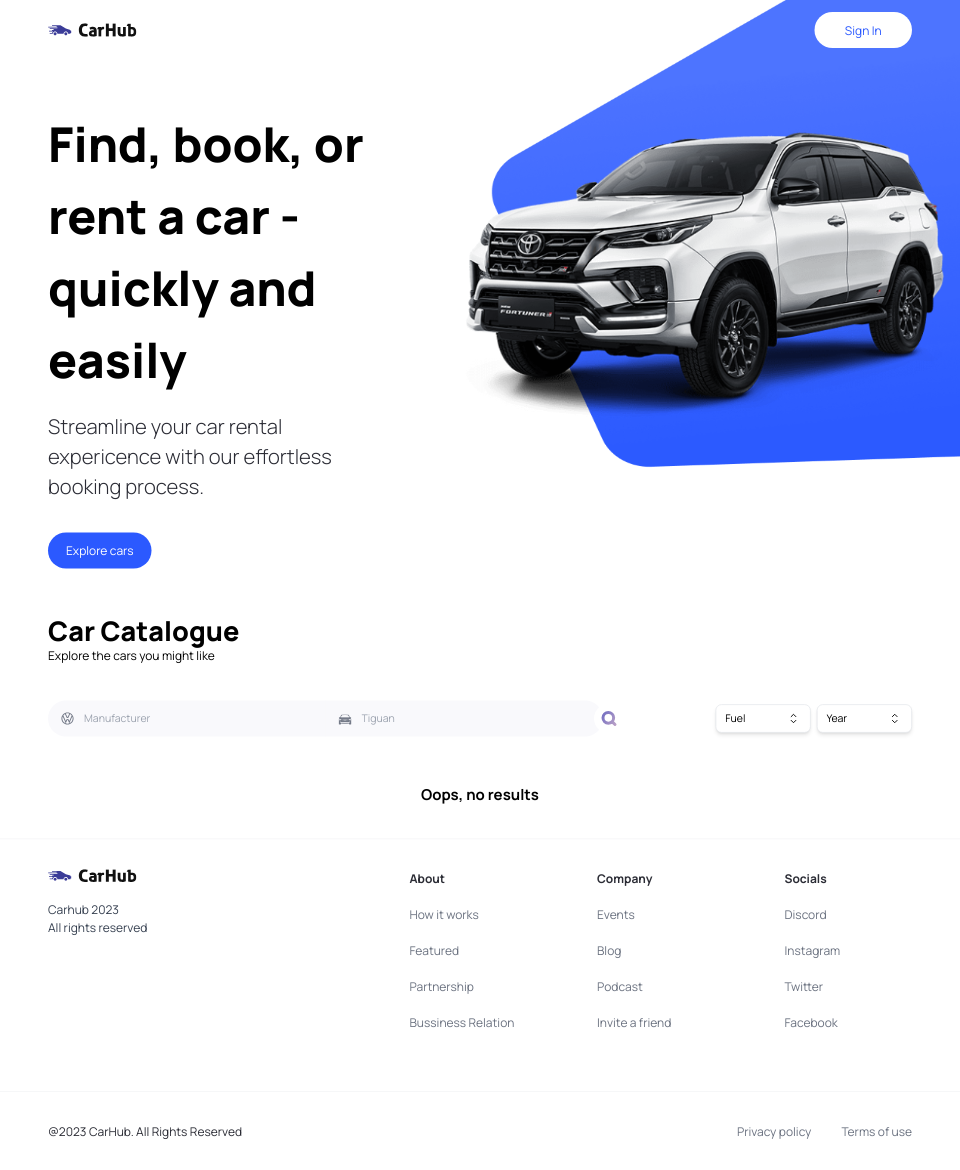
Repository: AmolPawar7181/CarHub
Page: /
These files come from the project's save history. The page is drawn as it stood at one moment and after the next save; the edit follows.
The browser window is 1280 px wide. The pictures show the whole page, at 75% of full size.
The page's requests for data from a server got no answer. The project was rebuilt for these pictures with package versions that can differ from the ones it lists, and the page was loaded fresh each time. The framework's server and built-in components were replaced by stand-ins that run in the browser. No one was signed in, and anything a server would have sent is missing. Also part of the build but not shown: next.config.js, components/CarCard.tsx, components/CarDetails.tsx, components/ShowMore.tsx.

Above is the page before, as saved 2023-07-10 14:43:13.

### app/layout.tsx
import {Footer, Navbar} from '@/components';
import './globals.css';
import {Inter} from 'next/font/google';

const inter = Inter({subsets: ['latin']});

export const metadata = {
	title: 'Car Hub',
	description: 'Discover the best cars in the world.',
};

export default function RootLayout({children}: {children: React.ReactNode}) {
	return (
		<html lang='en'>
			<body className='relative'>
				<Navbar />
				{children}
				<Footer />
			</body>
		</html>
	);
}

### app/page.tsx
'use client';
import {CarCard, CustomFilter, Hero, SearchBar, ShowMore} from '@/components';
import {fuels, yearsOfProduction} from '@/constants';
import {fetchCars} from '@/utils';
import React, {useEffect, useState} from 'react';
import Image from 'next/image';
import {CarState} from '@/types';

export default function Home() {
	const [allCars, setAllCars] = useState<CarState>([]);
	const [loading, setLoading] = useState(false);
	// search states
	const [manufacturer, setManufacturer] = useState('');
	const [model, setModel] = useState('');

	// filter states
	const [fuel, setFuel] = useState('');
	const [year, setYear] = useState(2022);

	//pagination state
	const [limit, setLimit] = useState(10);

	const getCars = async () => {
		setLoading(true);
		try {
			const result = await fetchCars({
				manufacturer: manufacturer || '',
				year: year || 2022,
				fuel: fuel || '',
				limit: limit || 10,
				model: model || '',
			});
			setAllCars(result);
		} catch (e) {
			console.log('error ', e);
		} finally {
			setLoading(false);
		}
	};

	useEffect(() => {
		getCars();
	}, [fuel, year, limit, manufacturer, model]);

	return (
		<main className='overflow-hidden'>
			<Hero />

			<div className='mt-12 padding-x padding-y max-width' id='discover'>
				<div className='gome__text-container'>
					<h1 className='text-4xl font-extrabold'>Car Catalogue</h1>
					<p>Explore the cars you might like</p>
				</div>

				<div className='home__filters'>
					<SearchBar setManufacturer={setManufacturer} setModel={setModel} />
					<div className='home__filter-container'>
						<CustomFilter title='fuel' options={fuels} setFilter={setFuel} />
						<CustomFilter
							title='year'
							options={yearsOfProduction}
							setFilter={setYear}
						/>
					</div>
				</div>

				{allCars.length > 0 ? (
					<section>
						<div className='home__cars-wrapper'>
							{allCars?.map((car, index) => (
								<CarCard car={car} key={car.model + index} />
							))}
						</div>
						{loading && (
							<div className='mt-16 w-full flex-center'>
								<Image
									src='/loader.svg'
									alt='loader'
									width={50}
									height={50}
									className='object-contain'
								/>
							</div>
						)}
						<ShowMore
							pageNumber={limit / 10}
							isNext={limit > allCars.length}
							setLimit={setLimit}
						/>
					</section>
				) : (
					<div className='home__error-container'>
						<h2 className='text-black text-xl font-bold'>Oops, no results</h2>
						<p>{allCars?.message}</p>
					</div>
				)}
			</div>
		</main>
	);
}

### components/index.tsx
import Hero from './Hero';
import CustomButton from './CustomButton';
import Navbar from './Narbar';
import Footer from './Footer';
import SearchBar from './SearchBar';
import CustomFilter from './CustomFilter';
import SearchManufacturer from './SearchManufacturer';
import CarCard from './CarCard';
import CarDetails from './CarDetails';
import ShowMore from './ShowMore';

export {
	Hero,
	CustomButton,
	Navbar,
	Footer,
	SearchBar,
	CustomFilter,
	SearchManufacturer,
	CarCard,
	CarDetails,
	ShowMore,
};

### constants/index.ts
export const manufacturers = [
	'Acura',
	'Alfa Romeo',
	'Aston Martin',
	'Audi',
	'Bentley',
	'BMW',
	'Buick',
	'Cadillac',
	'Chevrolet',
	'Chrysler',
	'Citroen',
	'Dodge',
	'Ferrari',
	'Fiat',
	'Ford',
	'GMC',
	'Honda',
	'Hyundai',
	'Infiniti',
	'Jaguar',
	'Jeep',
	'Kia',
	'Lamborghini',
	'Land Rover',
	'Lexus',
	'Lincoln',
	'Maserati',
	'Mazda',
	'McLaren',
	'Mercedes-Benz',
	'MINI',
	'Mitsubishi',
	'Nissan',
	'Porsche',
	'Ram',
	'Rolls-Royce',
	'Subaru',
	'Tesla',
	'Toyota',
	'Volkswagen',
	'Volvo',
];

export const yearsOfProduction = [
	{title: 'Year', value: ''},
	{title: '2015', value: '2015'},
	{title: '2016', value: '2016'},
	{title: '2017', value: '2017'},
	{title: '2018', value: '2018'},
	{title: '2019', value: '2019'},
	{title: '2020', value: '2020'},
	{title: '2021', value: '2021'},
	{title: '2022', value: '2022'},
	{title: '2023', value: '2023'},
];

export const fuels = [
	{
		title: 'Fuel',
		value: '',
	},
	{
		title: 'Gas',
		value: 'Gas',
	},
	{
		title: 'Electricity',
		value: 'Electricity',
	},
];

export const footerLinks = [
	{
		title: 'About',
		links: [
			{title: 'How it works', url: '/'},
			{title: 'Featured', url: '/'},
			{title: 'Partnership', url: '/'},
			{title: 'Bussiness Relation', url: '/'},
		],
	},
	{
		title: 'Company',
		links: [
			{title: 'Events', url: '/'},
			{title: 'Blog', url: '/'},
			{title: 'Podcast', url: '/'},
			{title: 'Invite a friend', url: '/'},
		],
	},
	{
		title: 'Socials',
		links: [
			{title: 'Discord', url: '/'},
			{title: 'Instagram', url: '/'},
			{title: 'Twitter', url: '/'},
			{title: 'Facebook', url: '/'},
		],
	},
];

### utils/index.ts
import {CarProps, FilterProps} from '@/types';

export async function fetchCars(filters: FilterProps) {
	const {manufacturer, year, model, limit, fuel} = filters;
	const headers = {
		'X-RapidAPI-Key': process.env.NEXT_PUBLIC_RAPIDAPI_KEY,
		'X-RapidAPI-Host': 'cars-by-api-ninjas.p.rapidapi.com',
	};

	const response = await fetch(
		`https://cars-by-api-ninjas.p.rapidapi.com/v1/cars?make=${manufacturer}&year=${year}&model=${model}&limit=${limit}&fuel_type=${fuel}`,
		{headers: headers}
	);

	const result = await response.json();
	return result;
}

export const calculateCarRent = (city_mpg: number, year: number) => {
	const basePricePerDay = 50; // Base rental price per day in dollars
	const mileageFactor = 0.1; // Additional rate per mile driven
	const ageFactor = 0.05; // Additional rate per year of vehicle age

	// Calculate additional rate based on mileage and age
	const mileageRate = city_mpg * mileageFactor;
	const ageRate = (new Date().getFullYear() - year) * ageFactor;

	// Calculate total rental rate per day
	const rentalRatePerDay = basePricePerDay + mileageRate + ageRate;

	return rentalRatePerDay.toFixed(0);
};

export const generateCarImageUrl = (car: CarProps, angle?: string) => {
	const url = new URL('https://cdn.imagin.studio/getimage');
	const {make, model, year} = car;

	url.searchParams.append('customer', 'copyright-imaginstudio');
	url.searchParams.append('make', make);
	url.searchParams.append('modelFamily', model.split(' ')[0]);
	url.searchParams.append('zoomType', 'fullscreen');
	url.searchParams.append('modelYear', `${year}`);
	// url.searchParams.append('zoomLevel', zoomLevel);
	url.searchParams.append('angle', `${angle}`);

	return `${url}`;
};

export const updateSearchParams = (type: string, value: string) => {
	const searchParams = new URLSearchParams(window.location.search);
	searchParams.set(type, value);

	const newPathName = `${window.location.pathname}?${searchParams.toString()}`;

	return newPathName;
};

### components/Hero.tsx
'use client';
import Image from 'next/image';
import CustomButton from './CustomButton';

const Hero = () => {
	const handleScroll = () => {};
	return (
		<div className='hero'>
			<div className='flex-1 pt-36 padding-x'>
				<h1 className='hero__title'>
					Find, book, or rent a car - quickly and easily
				</h1>

				<p className='hero__subtitle'>
					Streamline your car rental expericence with our effortless booking
					process.
				</p>
				<CustomButton
					title='Explore cars'
					containerStyles='bg-primary-blue text-white rounded-full mt-10'
					handleClick={handleScroll}
				/>
			</div>
			<div className='hero__image-container'>
				<div className='hero__image'>
					<Image src='/hero.png' alt='Hero' fill className='object-contain' />
				</div>
				<div className='hero__image-overlay'></div>
			</div>
		</div>
	);
};

export default Hero;

### components/CustomButton.tsx
'use client';

import {CustomButtonProps} from '@/types';
import Image from 'next/image';

const CustomButton = ({
	title,
	containerStyles,
	handleClick,
	btnType,
	textStyles,
	rightIcon,
}: CustomButtonProps) => {
	return (
		<button
			disabled={false}
			type={btnType || 'button'}
			className={`custom-btn ${containerStyles}`}
			onClick={handleClick}
		>
			<span className={`flex-1 ${textStyles}`}>{title}</span>
			{rightIcon && (
				<div className='relative w-6 h-6'>
					<Image
						src={rightIcon}
						alt='right icon'
						fill
						className='object-contain'
					/>
				</div>
			)}
		</button>
	);
};

export default CustomButton;

### components/Narbar.tsx
import Link from 'next/link';
import Image from 'next/image';

import CustomButton from './CustomButton';

const Narbar = () => {
	return (
		<header className='w-full absolute z-10'>
			<nav className='max-w-[1440px] mx-auto flex justify-between items-center sm:px-16 px-6 py-4'>
				<Link href='/' className='flex justify-center items-center'>
					<Image
						src='/logo.svg'
						alt='Car hub logo'
						width={118}
						height={18}
						className='object-contain'
					/>
				</Link>
				<CustomButton
					title='Sign In'
					btnType='button'
					containerStyles='text-primary-blue rounded-full bg-white min-w-[130px]'
				/>
			</nav>
		</header>
	);
};

export default Narbar;

### components/Footer.tsx
import Image from 'next/image';
import Link from 'next/link';

import {footerLinks} from '@/constants';

const Footer = () => {
	return (
		<footer className='flex flex-col text-black-100 mt-5 border-t border-gray-100'>
			<div className='flex max-md:flex-col flex-wrap justify-between gap-5 sm:px-16 px-6 py-10'>
				<div className='flex flex-col justify-start items-start gap-6'>
					<Image
						src='/logo.svg'
						alt='logo'
						width={118}
						height={18}
						className='object-contain'
					/>
					<p className='text-base text-gray-700'>
						Carhub 2023 <br /> All rights reserved
					</p>
				</div>
				<div className='footer__links'>
					{footerLinks.map((link) => (
						<div key={link.title} className='footer__link'>
							<h3 className='font-bold'>{link.title}</h3>
							{link.links.map((item) => (
								<Link
									key={item.title}
									href={item.url}
									className='text-gray-500'
								>
									{item.title}
								</Link>
							))}
						</div>
					))}
				</div>
			</div>
			<div className='flex justify-between items-center flex-wrap mt-10 border-t border-gray-100 sm:px-16 px-6 py-10'>
				<p>@2023 CarHub. All Rights Reserved</p>
				<div className='footer__copyrights-link'>
					<Link href='/' className='text-gray-500'>
						Privacy policy
					</Link>
					<Link href='/' className='text-gray-500'>
						Terms of use
					</Link>
				</div>
			</div>
		</footer>
	);
};

export default Footer;

### components/SearchBar.tsx
'use client';

import React, {useState} from 'react';

import {SearchManufacturer} from './index';
import Image from 'next/image';
import {useRouter} from 'next/navigation';
import {SearchBarProps} from '@/types';

const SearchButton = ({otherClasses}: {otherClasses: string}) => (
	<button type='submit' className={`-ml-3 z-10 ${otherClasses}`}>
		<Image
			src='/magnifying-glass.svg'
			alt='magnifying glass'
			width={40}
			height={40}
			className='object-contain'
		/>
	</button>
);

const SearchBar = ({setManufacturer, setModel}: SearchBarProps) => {
	const [searchManufacturer, setSearchManufacturer] = useState('');
	const [searchModel, setSearchModel] = useState('');
	const router = useRouter();

	const handleSearch = (e: React.FormEvent<HTMLFormElement>) => {
		e.preventDefault();
		if (searchManufacturer === '' && searchModel === '') {
			return alert('Please fill in the search bar');
		}

		setModel(searchModel);
		setManufacturer(searchManufacturer);
	};

	return (
		<form className='searchbar' onSubmit={handleSearch}>
			<div className='searchbar__item'>
				<SearchManufacturer
					selected={searchManufacturer}
					setSelected={setSearchManufacturer}
				/>
				<SearchButton otherClasses='sm:hidden' />
			</div>
			<div className='searchbar__item'>
				<Image
					src='/model-icon.png'
					width={25}
					height={25}
					className='absolute w-[20px] h-[20px] ml-4'
					alt='Car model'
				/>
				<input
					type='text'
					name='model'
					value={searchModel}
					onChange={(e) => setSearchModel(e.target.value)}
					placeholder='Tiguan'
					className='searchbar__input'
				/>
				<SearchButton otherClasses='sm:hidden' />
			</div>
			<SearchButton otherClasses='max-sm:hidden' />
		</form>
	);
};

export default SearchBar;

### components/CustomFilter.tsx
'use client';
import {Fragment, useState} from 'react';
import Image from 'next/image';
import {useRouter} from 'next/navigation';
import {Listbox, Transition} from '@headlessui/react';
import {CustomFilterProps} from '@/types';
import {updateSearchParams} from '@/utils';

const CustomFilter = ({title, options, setFilter}: CustomFilterProps) => {
	const [selected, setSelected] = useState(options[0]);

	return (
		<div className='w-fit'>
			<Listbox
				value={selected}
				onChange={(e) => {
					setSelected(e);
					setFilter(e.value);
				}}
			>
				<div className='relative w-fit z-10'>
					<Listbox.Button className='custom-filter__btn'>
						<span className='block truncate'>{selected.title}</span>
						<Image
							src='/chevron-up-down.svg'
							width={20}
							height={20}
							className='ml-4 object-contain'
							alt='Chevron up down'
						/>
					</Listbox.Button>
					<Transition
						as={Fragment}
						leave='transition ease-in duration-100'
						leaveFrom='opacity-100'
						leaveTo='opacity-0'
					>
						<Listbox.Options className='custom-filter__options'>
							{options.map((option) => (
								<Listbox.Option
									key={option.title}
									value={option}
									className={({active}) =>
										`relative cursor-default select-none py-2 px-4 ${
											active ? 'bg-primary-blue text-white' : 'text-gray-900'
										}`
									}
								>
									{({selected}) => (
										<span
											className={`block truncate ${
												selected ? 'font-medium' : 'font-normal'
											}`}
										>
											{option.title}
										</span>
									)}
								</Listbox.Option>
							))}
						</Listbox.Options>
					</Transition>
				</div>
			</Listbox>
		</div>
	);
};

export default CustomFilter;

### components/SearchManufacturer.tsx
'use client';
import Image from 'next/image';
import {Combobox, Transition} from '@headlessui/react';
import {Fragment, useState} from 'react';

import {SerachManufacturerProps} from '@/types';
import {manufacturers} from '@/constants';

const SearchManufacturer = ({
	selected,
	setSelected,
}: SerachManufacturerProps) => {
	const [query, setQuery] = useState('');

	const filteredManufactures =
		query === ''
			? manufacturers
			: manufacturers.filter((item) =>
					item
						.toLowerCase()
						.replace(/\s+/g, '')
						.includes(query.toLowerCase().replace(/\s+/g, ''))
			  );

	return (
		<div className='search-manufacturer'>
			<Combobox value={selected} onChange={setSelected}>
				<div className='relative w-full'>
					<Combobox.Button className='absolute top-[14px]'>
						<Image
							src='/car-logo.svg'
							width={20}
							height={20}
							className='ml-4'
							alt='Car Logo'
						/>
					</Combobox.Button>

					<Combobox.Input
						className='search-manufacturer__input'
						placeholder='Manufacturer'
						displayValue={(item: string) => item}
						onChange={(e) => setQuery(e.target.value)}
					/>

					<Transition
						as={Fragment}
						leave='transition ease-in duration-100'
						leaveFrom='opacity-100'
						leaveTo='opacity-0'
						afterLeave={() => setQuery('')}
					>
						<Combobox.Options>
							{filteredManufactures.map((item) => (
								<Combobox.Option
									key={item}
									className={({active}) =>
										`relative search-manufacturer__option ${
											active ? 'bg-primary-blue text-white' : 'text-gray-900'
										} `
									}
									value={item}
								>
									{({selected, active}) => (
										<>
											<span
												className={`block truncate ${
													selected ? 'font-medium' : 'font-normal'
												}`}
											>
												{item}
											</span>
											{selected ? (
												<span
													className={`absolute inset-y-0 left-0 flex items-center pl-3 ${
														active ? 'text-white' : 'text-teal-600'
													}`}
												></span>
											) : null}
										</>
									)}
								</Combobox.Option>
							))}
						</Combobox.Options>
					</Transition>
				</div>
			</Combobox>
		</div>
	);
};

export default SearchManufacturer;

Loaded but not shown: tailwind.config.js (34 lines, source omitted); app/globals.css (219 lines, source omitted)

After the next save:
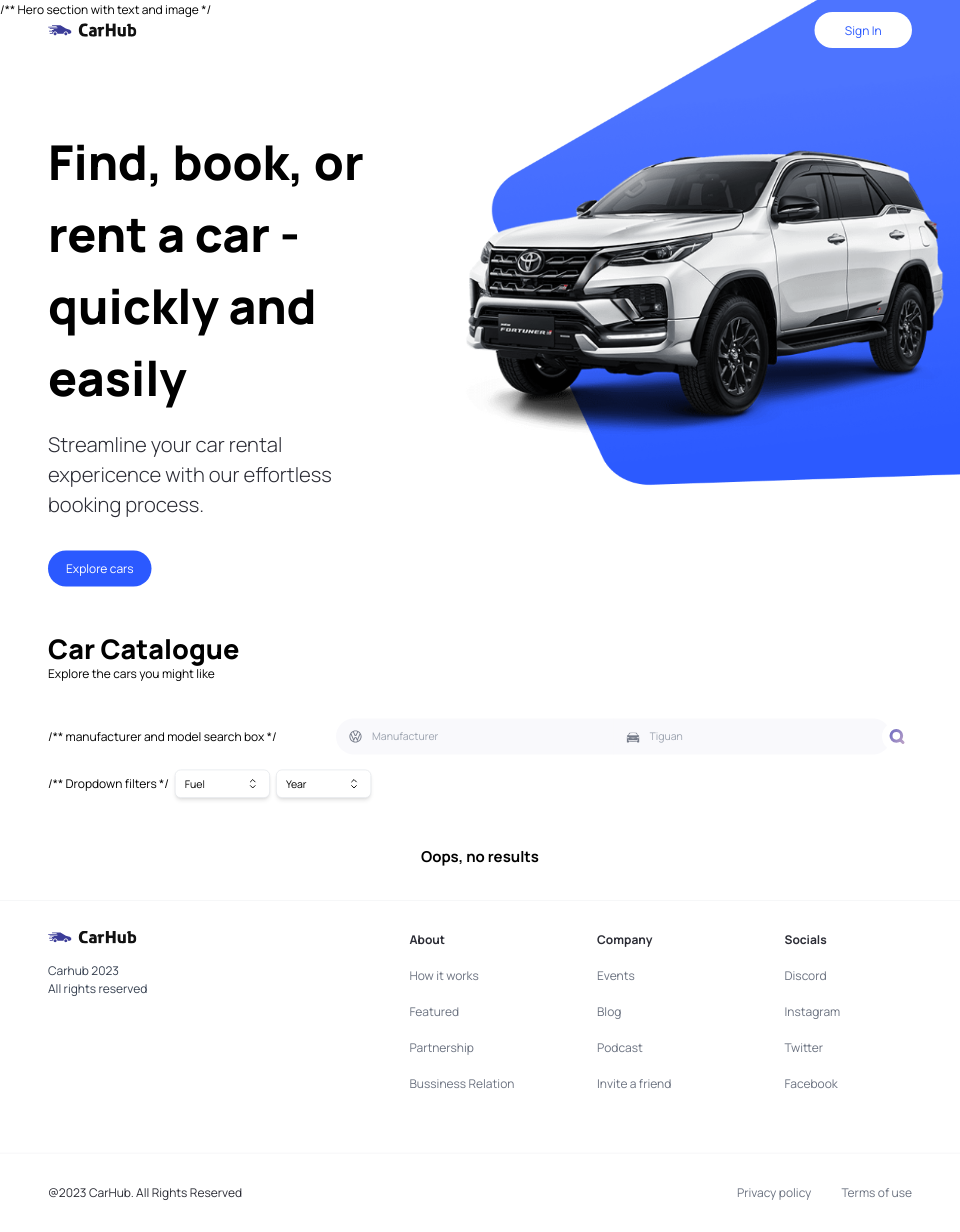
Saved 5 min 39 s later.
--- a/app/page.tsx
+++ b/app/page.tsx
@@ -20,6 +20,7 @@
 	//pagination state
 	const [limit, setLimit] = useState(10);
 
+	// get cars from backend
 	const getCars = async () => {
 		setLoading(true);
 		try {
@@ -44,8 +45,8 @@
 
 	return (
 		<main className='overflow-hidden'>
+			/** Hero section with text and image */
 			<Hero />
-
 			<div className='mt-12 padding-x padding-y max-width' id='discover'>
 				<div className='gome__text-container'>
 					<h1 className='text-4xl font-extrabold'>Car Catalogue</h1>
@@ -53,8 +54,10 @@
 				</div>
 
 				<div className='home__filters'>
+					/** manufacturer and model search box */
 					<SearchBar setManufacturer={setManufacturer} setModel={setModel} />
 					<div className='home__filter-container'>
+						/** Dropdown filters */
 						<CustomFilter title='fuel' options={fuels} setFilter={setFuel} />
 						<CustomFilter
 							title='year'
@@ -82,6 +85,7 @@
 								/>
 							</div>
 						)}
+						/* show more car button */
 						<ShowMore
 							pageNumber={limit / 10}
 							isNext={limit > allCars.length}
